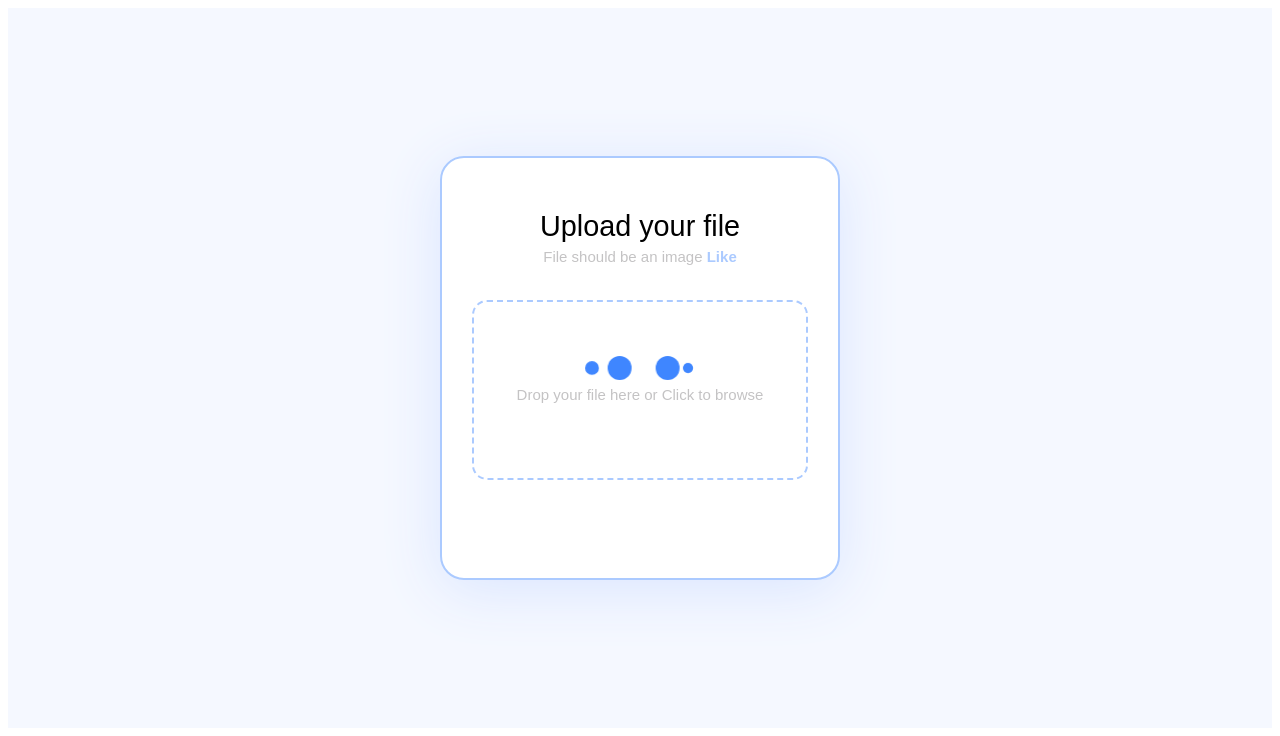
Repository: ThuongDuy/Phan_loai_anh
Page: hcsdlpt/index.html
An editor plug-in stored every save of this project. The page is shown before and after the next save, followed by the edit.
The browser window is 1280 px wide. The pictures show the whole page.

Above is the page before, as saved 2023-06-01 17:24:12.

After the next save:
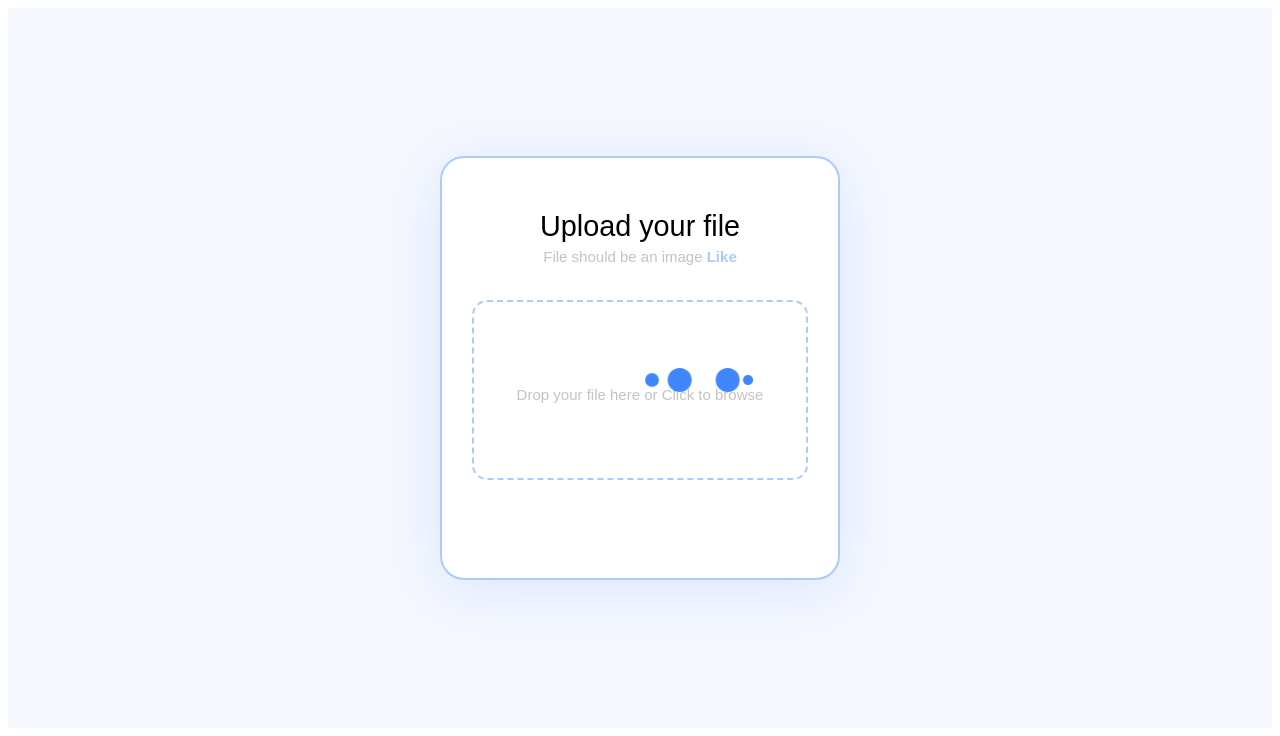
Saved 5 min 29 s later.
--- a/hcsdlpt/index.html
+++ b/hcsdlpt/index.html
@@ -62,12 +62,15 @@
 
         <!-- loading -->
 
-        <div class="loading">
-            <span></span>
-            <span></span>
-            <span></span>
-            <span></span>
+        <div class="wrapper-loading">
+            <div class="loading">
+                <span></span>
+                <span></span>
+                <span></span>
+                <span></span>
+            </div>
         </div>
+
     </div>
 
 
